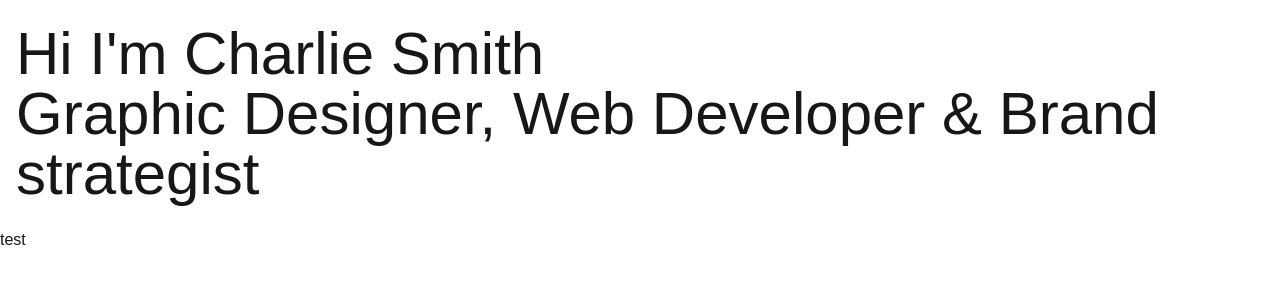
Repository: charlehs/portfolio
Page: /
These files come from the project's save history. The page is drawn as it stood at one moment and after the next save; the edit follows.
The browser window is 1280 px wide. The pictures show the whole page.
The project was rebuilt for these pictures with package versions that can differ from the ones it lists, and the page was loaded fresh each time. The framework's server and built-in components were replaced by stand-ins that run in the browser. Also part of the build but not shown: next.config.ts.

Above is the page before, as saved 2025-01-02 16:45:00.

### app/layout.tsx
import type { Metadata } from "next";
import localFont from "next/font/local";
import Nav from "./components/Nav";
import "./globals.css";

const geistSans = localFont({
  src: "./fonts/GeistVF.woff",
  variable: "--font-geist-sans",
  weight: "100 900",
});
const geistMono = localFont({
  src: "./fonts/GeistMonoVF.woff",
  variable: "--font-geist-mono",
  weight: "100 900",
});

export const metadata: Metadata = {
  title: "Create Next App",
  description: "Generated by create next app",
};

export default function RootLayout({
  children,
}: Readonly<{
  children: React.ReactNode;
}>) {
  return (
    <html lang="en">
      <body
        className={`${geistSans.variable} ${geistMono.variable} antialiased`}
      >
        {/* <Nav /> */}
        {children}
      </body>
    </html>
  );
}

### app/page.tsx
import Image from "next/image";

export default function Home() {
  return (
    <div className="">
      <main className="mx-4 my-6">
        <p className=" text-6xl">
          Hi I'm Charlie Smith
          <br />{" "}
          <span className="text-6xl">
            Graphic Designer, Web Developer & Brand strategist
          </span>
        </p>
      </main>
      <footer className="">test</footer>
    </div>
  );
}

### app/globals.css
@tailwind base;
@tailwind components;
@tailwind utilities;

:root {
  --background: #ffffff;
  --foreground: #171717;
}

@media (prefers-color-scheme: dark) {
  :root {
    --background: #0a0a0a;
    --foreground: #ededed;
  }
}

body {
  color: var(--foreground);
  background: var(--background);
  font-family: Arial, Helvetica, sans-serif;
}

@font-face {
  font-family: "Harmond";
  src: url("/fonts/Harmond-SemiBoldCondensed.otf") format("opentype");
  font-weight: 600; /* Regular */
  font-style: normal;
}

@font-face {
  font-family: "Harmond";
  src: url("/fonts/Harmond-SemBdItaCond.otf") format("opentype");
  font-weight: 600; /* Bold */
  font-style: italic;
}
@font-face {
  font-family: "Harmond";
  src: url("/fonts/Harmond-ExtraBoldExpanded.otf") format("opentype");
  font-weight: 800; /* Bold */
  font-style: normal;
}

.harmond-text {
  font-family: "Harmond", sans-serif;
}

.extra-bold {
  font-family: "Harmond", sans-serif;
  font-weight: 800;
  font-style: normal;
}

Loaded but not shown: tailwind.config.ts (common file)

After the next save:
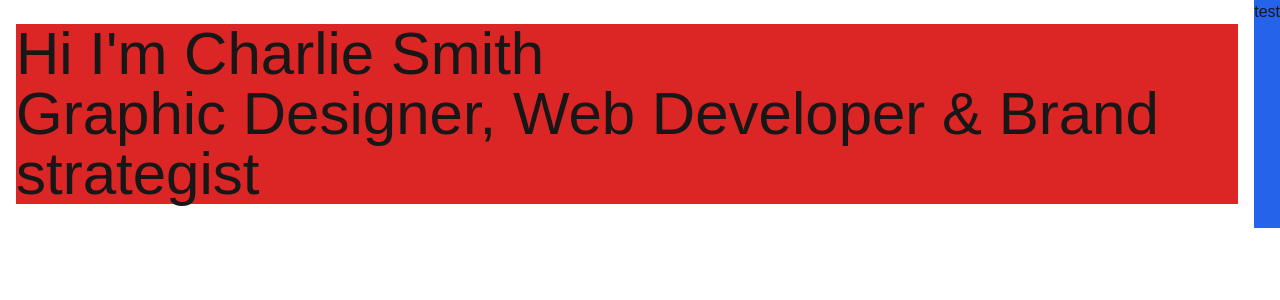
Saved 22 s later.
--- a/app/page.tsx
+++ b/app/page.tsx
@@ -2,8 +2,8 @@ import Image from "next/image";
 
 export default function Home() {
   return (
-    <div className="">
-      <main className="mx-4 my-6">
+    <div className="flex ">
+      <main className="mx-4 my-6 bg-red-600">
         <p className=" text-6xl">
           Hi I'm Charlie Smith
           <br />{" "}
@@ -12,7 +12,7 @@ export default function Home() {
           </span>
         </p>
       </main>
-      <footer className="">test</footer>
+      <footer className=" bg-blue-600">test</footer>
     </div>
   );
 }
